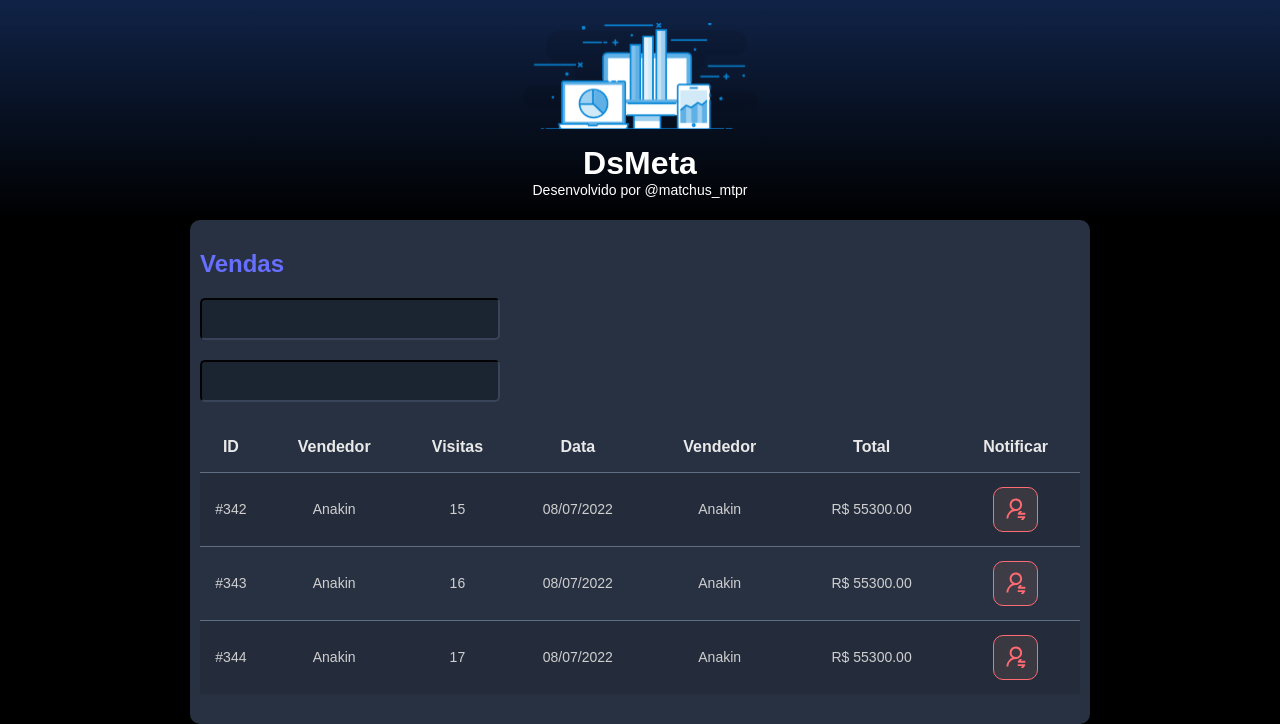
Repository: MatheusAlvesPereiraRosa/ds-meta
Page: index.html
The author's editor kept a copy of each file at every save. The page is drawn from the files as they stood at one save, then again after the next save.
The browser window is 1280 px wide. The pictures show the whole page.

Above is the page before, as saved 2022-09-05 17:20:22.

After the next save:
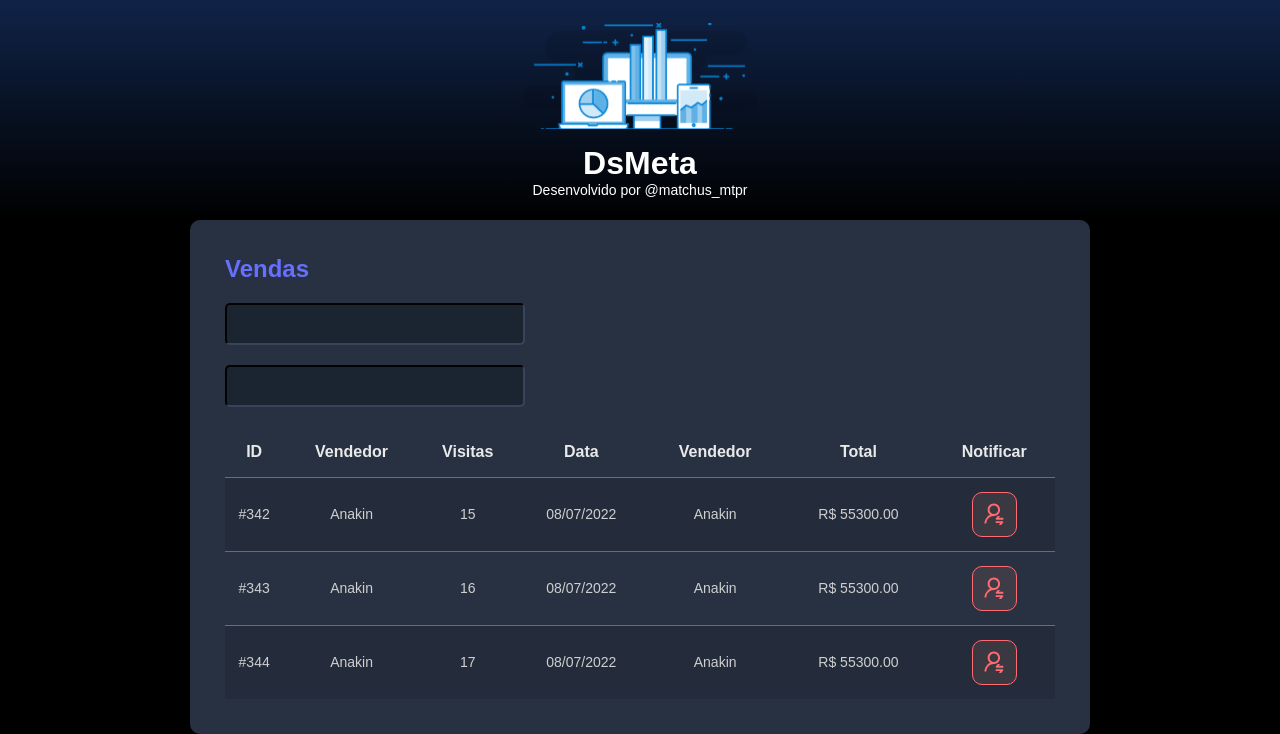
Saved 47 s later.
--- a/styles.css
+++ b/styles.css
@@ -128,6 +128,10 @@ a, a:hover, a:visited {
     .show992 {
         display: table-cell;
     }
+
+    .dsmeta-card {
+        padding: 35px;
+    }
 }
 
 @media (min-width: 576px) {
